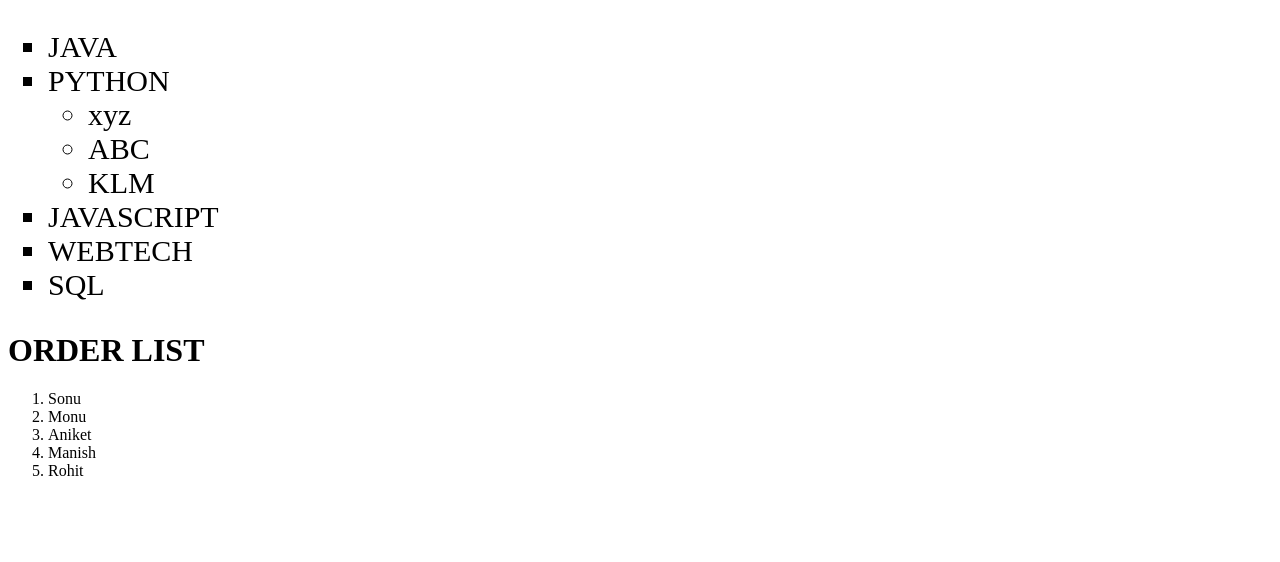
Repository: Rohit-sharma9838/myself
Page: Qspider/list.html
An editor plug-in stored every save of this project. The page is shown before and after the next save, followed by the edit.
The browser window is 1280 px wide. The pictures show the whole page.

Above is the page before, as saved 2025-08-16 17:39:52.

After the next save:
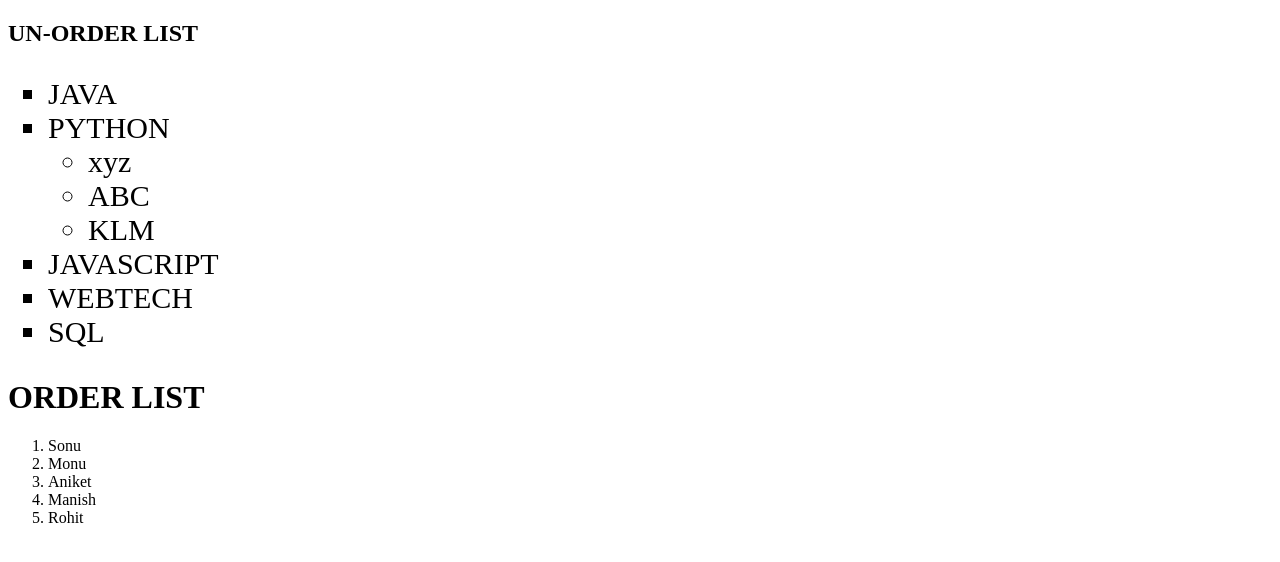
Saved 31 s later.
--- a/Qspider/list.html
+++ b/Qspider/list.html
@@ -6,6 +6,7 @@
     <title>Document</title>
 </head>
 <body>
+    <h2>UN-ORDER LIST</h2>
     <ul type="square" style="font-size: 30px;">
         <li>JAVA</li>
         <li>PYTHON</li>
